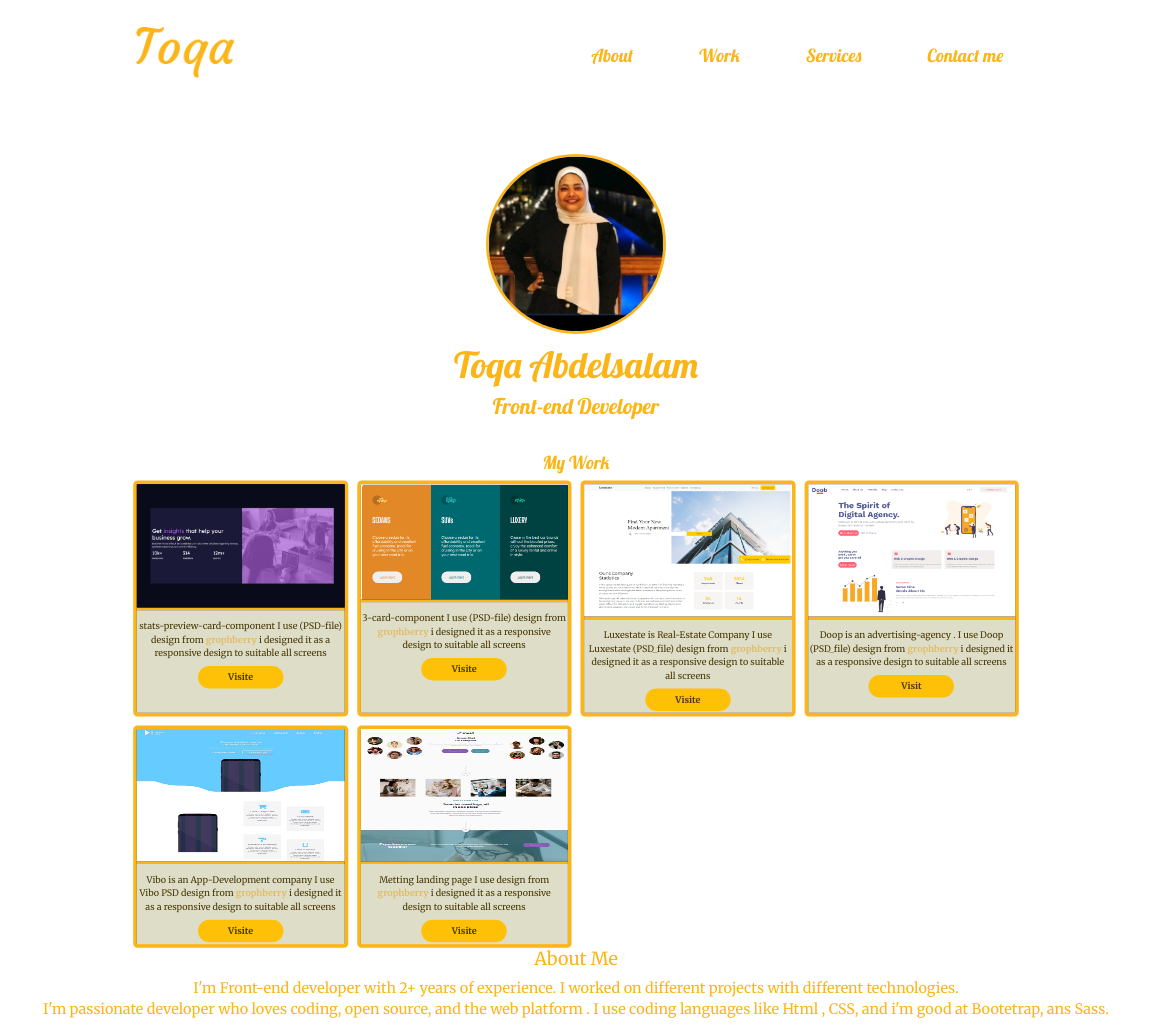
Repository: Toqa-25/portfolio
Page: index.html
These files come from the project's save history. The page is drawn as it stood at one moment and after the next save; the edit follows.
The browser window is 1280 px wide. The pictures show the whole page, at 90% of full size.
Some web fonts or font styles are not loaded; a fallback is used.

Above is the page before, as saved 2021-10-31 18:09:49.

### index.html
<!DOCTYPE html>
<html lang="en">
<head>
    <meta charset="UTF-8">
    <meta http-equiv="X-UA-Compatible" content="IE=edge">
    <meta name="viewport" content="width=device-width, initial-scale=1.0">
    <title>Toqa Portfolio</title>
      <!-- bootstrap file -->
      <link rel="stylesheet" href="css/all.min.css">
      <link rel="stylesheet" href="css/bootstrap.css">
      <!-- css file -->
      <link rel="stylesheet" href="css/style.css">
      <!-- fonts -->
      <link rel="preconnect" href="https://fonts.googleapis.com">
<link rel="preconnect" href="https://fonts.gstatic.com" crossorigin>
<link href="https://fonts.googleapis.com/css2?family=Lobster&family=Otomanopee+One&display=swap" rel="stylesheet">
<link rel="preconnect" href="https://fonts.googleapis.com">
<link rel="preconnect" href="https://fonts.gstatic.com" crossorigin>
<link href="https://fonts.googleapis.com/css2?family=Merriweather:ital,wght@0,300;0,400;0,700;0,900;1,300;1,400;1,700;1,900&display=swap" rel="stylesheet">
<link rel="preconnect" href="https://fonts.googleapis.com">
<link rel="preconnect" href="https://fonts.gstatic.com" crossorigin>
<link href="https://fonts.googleapis.com/css2?family=Bebas+Neue&family=Oswald:wght@200;300;400;500;600;700&display=swap" rel="stylesheet">
</head>
<body>
        <!-- header section -->
    <header class="pad">
       <div class="container">
         <div class="header-content">
           <div class="header-logo">
             <img src="images/logo.png" alt="logo">
           </div>
           <div class="bar">
             <svg xmlns="http://www.w3.org/2000/svg" width="35" height="35" fill="#fbb519" class="bi bi-list" viewBox="0 0 16 16">
               <path fill-rule="evenodd" d="M2.5 12a.5.5 0 0 1 .5-.5h10a.5.5 0 0 1 0 1H3a.5.5 0 0 1-.5-.5zm0-4a.5.5 0 0 1 .5-.5h10a.5.5 0 0 1 0 1H3a.5.5 0 0 1-.5-.5zm0-4a.5.5 0 0 1 .5-.5h10a.5.5 0 0 1 0 1H3a.5.5 0 0 1-.5-.5z"/>
             </svg>
              <ul class="hidden-list unlist list">
              <li>About</li>
              <li>Work</li>
              <li>Services</li>
              <li>Contact me</li>
              <li>Reviews</li>
            </ul>
           </div>
           <div class="header-nav">
             <ul class="list unlist">
                 <li>About</li>
                 <li>Work</li>
                 <li>Services</li>
                 <li>Contact me</li>
                 <!-- <li>Reviews</li> -->
             </ul>

           </div>
         </div>
         </div>
        </header><!-- end header section -->
        <!-- information  section -->
    <section  class="inform pad">
      <div class="main-inform " role="main">
        <div class="inform-info">
        <img src="images/toqa.jpg" alt=""><br>
        <h1>Toqa Abdelsalam</h1>
        <h4>Front-end Developer</h4>
      </div>
      </div>
    </section> <!-- end information  section -->

      <!-- my-work  section -->
      <section class="section container work">
      <h5>My Work</h5>
      <div class="card-groups">
      <div class="project card" role="menu">
        <img src="images/toqa-25.github.io_stats-preview-card-component-main_.png" alt="">
        <p>stats-preview-card-component
      I use  (PSD-file) design from <span> <a href="https://www.frontendmentor.io/">grophberry</a></span>
  i designed it as a responsive design to suitable all screens <br>
  <button><a href="https://toqa-25.github.io/stats-preview-card-component-main/">Visite</a></button>
 </p>
 </div>
      <div class="project card" role="menu">
        <img src="images/toqa-25.github.io_3-cards-component3_.png" alt="">
        <p>3-card-component
      I use (PSD-file) design from <span> <a href="https://www.frontendmentor.io/">grophberry</a></span>
  i designed it as a responsive design to suitable all screens <br>
  <button><a href="https://toqa-25.github.io/3-cards-component/">Visite</a></button>
 </p>
 </div>
      <div class="project card" role="menu">
          <img src="images/destop-luxestate - Copy (1).png" alt="">
          <p>Luxestate is Real-Estate Company
        I use Luxestate (PSD_file) design from <span> <a href="https://www.graphberry.com/">grophberry</a></span>
    i designed it as a responsive design to suitable all screens <br>
    <button><a href="https://toqa-25.github.io/luxstate-project-/">Visite</a></button>
   </p>
   </div>
      <div class="project card" role="menu">
          <img src="images/web_design.png" alt="">
          <p>Doop is an advertising-agency .
        I use Doop (PSD_file) design from <span> <a href="https://www.graphberry.com/">grophberry</a></span>
    i designed it as a responsive design to suitable all screens <br>
    <button><a href="https://toqa-25.github.io/simply-agency/">Visit </a></button>
   </p>
   </div>
      <div class="project card" role="menu">
        <img src="images/Vibo_App(desktop)_toqa-25.github.io2.png" alt="">
          <p>Vibo is an App-Development company
        I use Vibo PSD design from <span> <a href="https://www.graphberry.com/">grophberry</a></span>
    i designed it as a responsive design to suitable all screens <br>
    <button><a href="https://toqa-25.github.io/vibo-app/">Visite</a></button>
   </p>
   </div>
   <div class="project card" role="menu">
    <img src="images/toqa-25.github.io_landing-meeting-page_desktop.png" alt="">
    <p>Metting landing page
  I use  design from <span> <a href="https://www.frontendmentor.io/">grophberry</a></span>
i designed it as a responsive design to suitable all screens <br>
<button><a href="https://toqa-25.github.io/landing-meeting-page/">Visite</a></button>
</p>
</div>
   </div>
      </section>

      <section class="section about">

          <h5>About Me</h5>
      <p> I'm Front-end developer with 2+ years of experience. I worked on different projects with different technologies. <br>
       I'm passionate developer who loves coding, open source, and the web platform .
       I use coding languages like Html , CSS, and i'm good at Bootetrap, ans Sass. </p>
      </section>

</body>
</html>

### css/style.css
/*
    public style
***********************
*/
:root{
    --main-color:#fbb519;
    --section-padding:30px;
}
* , *:after , *:before{
    box-sizing: border-box;
    margin: 0;
    padding: 0;
}
body{
    font-family: 'Merriweather', serif;
    color:var(--main-color);
}
.pad{
    padding: var(--section-padding) 0;
}
.container
{
  width: 80%;
  margin:auto;
  padding: 0 20px;
}
 .pad h5{
    text-align: center;
    font-family: 'Lobster';
    margin-bottom: 15px;
 }
 .unlist{
     list-style: none;
 }
/*
    header style
***********************
*/
 header{
    font-family: 'Lobster', cursive;
 }
 .header-content{
    display: flex;
}
.header-logo{
    width:50%;
}
.bar{
    position: relative;
    display: none;
    margin: auto 20px;
     transition: .2s;
     cursor: pointer;
     width: 50%;
    /* text-align: right; */
    justify-content: flex-end;
}
 .header-nav{
   min-width: 50%;
    display: flex;
    justify-content: flex-end;
 }
 .header-nav .list{
     width: 100%;
     display: flex;
     justify-content: space-between;
     align-items: center;
     padding: 17px;
 }
  .list li{
     font-size: 20px;
     transition: .2s;
     -webkit-transition: .2s;
     -moz-transition: .2s;
     -ms-transition: .2s;
     -o-transition: .2s;
     cursor: pointer;
     margin-bottom: 2px;
    }
     .list li:hover{
        border-bottom: 2px solid var(--main-color);
    }
    .hidden-list{
         text-align: center;
         position: absolute;
         width: 120px;
         top: 3px;
         right: -70px;
         background-color: #f5f5dc91;
         padding: 10px;
         border-radius: 25px;
         -webkit-border-radius: 25px;
         -moz-border-radius: 25px;
         -ms-border-radius: 25px;
         -o-border-radius: 25px;
         transition: .2s;
         -webkit-transition: .2s;
         -moz-transition: .2s;
         -ms-transition: .2s;
         -o-transition: .2s;
         visibility: hidden;
         display: none;
}
/* media quary for header*/
 @media (max-width: 991px){
   .header-nav {
      display: none;
  }
  .bar{
      display: flex;
  }
  .bar:hover .hidden-list{
    visibility: visible;
    display: block;
  }
}
/*
    my-information&image style
  ********************************
 */
 .main-inform{
     color: var(--main-color);
    text-align: center;
    height: 300px;
    display: flex;
    align-items: center;
    justify-content: center;
    font-family: 'Lobster', cursive;
}
.main-inform img{
    width: 200px;
    height: 200px;
    border:3px solid;
    border-radius: 50%;
    -webkit-border-radius: 50%;
     -moz-border-radius: 50%;
     -ms-border-radius: 50%;
     -o-border-radius: 50%;
     margin-bottom: 10px;
    }
/*
    my-work style
********************************
*/
 .card-groups{
     display: grid;
    grid-template-columns:repeat(4,1fr);
    gap:10px;
 }
 .work h5{
    text-align: center;
    font-family: 'Lobster';
 }
.card {
    width: 100%;
    height: 100%;
    position: relative;
    display: flex;
    flex-direction: column;
    min-width: 0;
    word-wrap: break-word;
    background-color: black;
    background-clip: border-box;
    border: 4px solid var(--main-color);
    border-radius: 0.3rem;
}

.card img{
    max-width:100%;
    max-height: 150px;
    border-bottom: 3px solid;
}
.card img:hover{
   transform: scale(1.1);
   -webkit-transform: scale(1.1);
   -moz-transform: scale(1.1);
   -ms-transform: scale(1.1);
   -o-transform: scale(1.1);
}
.card p{
    margin-bottom: 1rem;
    background-color: black;
    font-size: 10px;
    padding: 2px;
    margin: 0px;
    margin-top: 0px;
    width: 100%;
    height: 100%;
    text-align: center;
    color:#483705;
    background-color: #f5f5dce8;
    padding-top: 10px;

}
.card p a{
    text-decoration: none;
    color: #e2bc66;
    font-weight: bolder;
}
.card p:hover{

}

.card button{
    width: 95px;
    text-align: center;
    background-color: #ffc107;
    border: none;
    border-radius: 15px;
    padding: 5px;
    margin-top: 7px;
}
.card button:hover{
    width:120px;
    padding: 10px;
}
.card button a{
    text-decoration: none;
    color: #483705;
}

.about{
    text-align: center;

}

/*
           media quary style
    ***************************************
        //extra small devices @media (maxwidth:575px)
        //small devices @media (maxwidth:767px)
        //medium devices @media (maxwidth:991px)
        //large devices @media (maxwidth:1199px)
*/

Loaded but not shown: css/all.min.css (library); css/bootstrap.css (library)

After the next save:
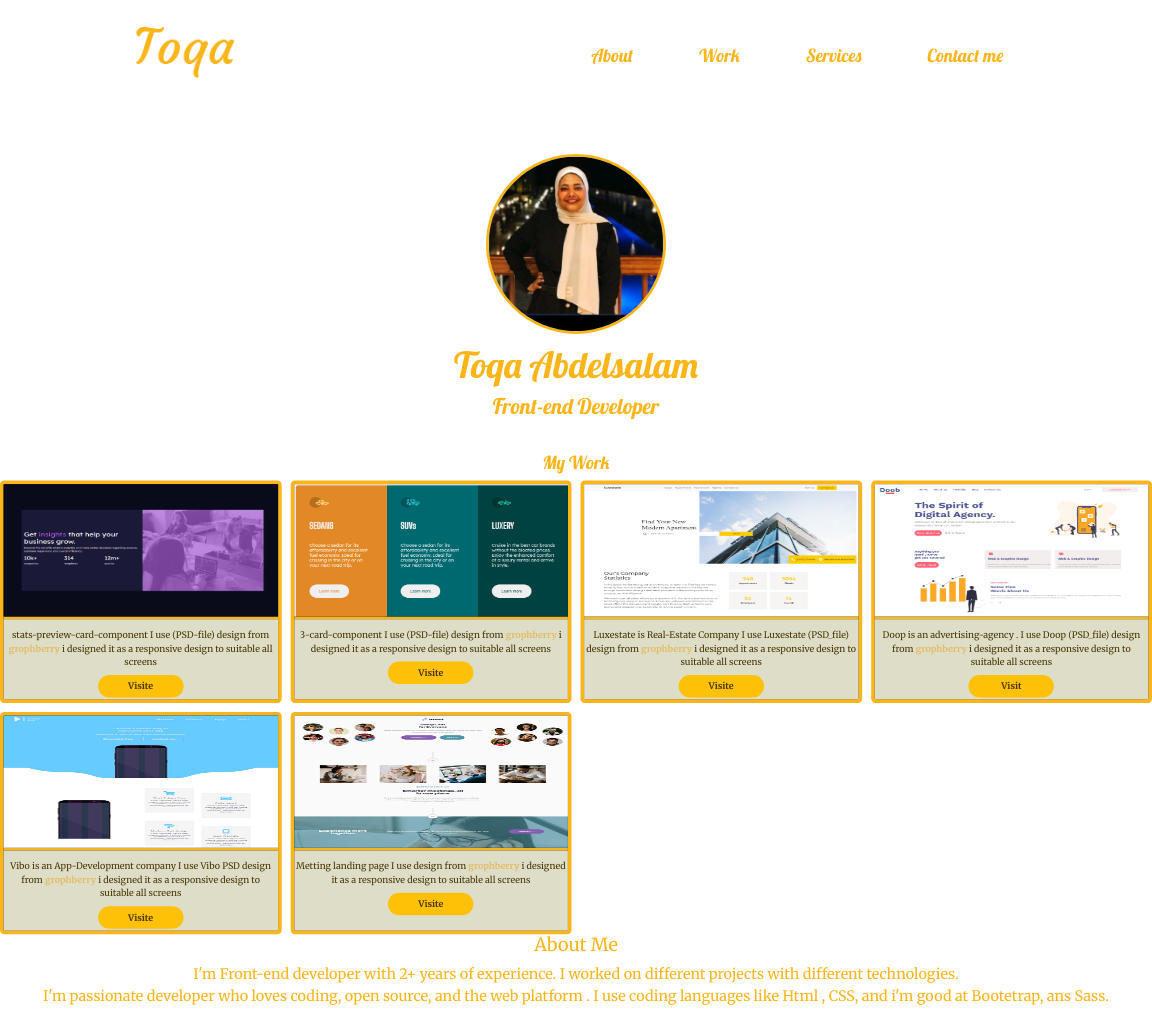
Saved 28 s later.
--- a/index.html
+++ b/index.html
@@ -66,7 +66,7 @@
     </section> <!-- end information  section -->
 
       <!-- my-work  section -->
-      <section class="section container work">
+      <section class="section work">
       <h5>My Work</h5>
       <div class="card-groups">
       <div class="project card" role="menu">
